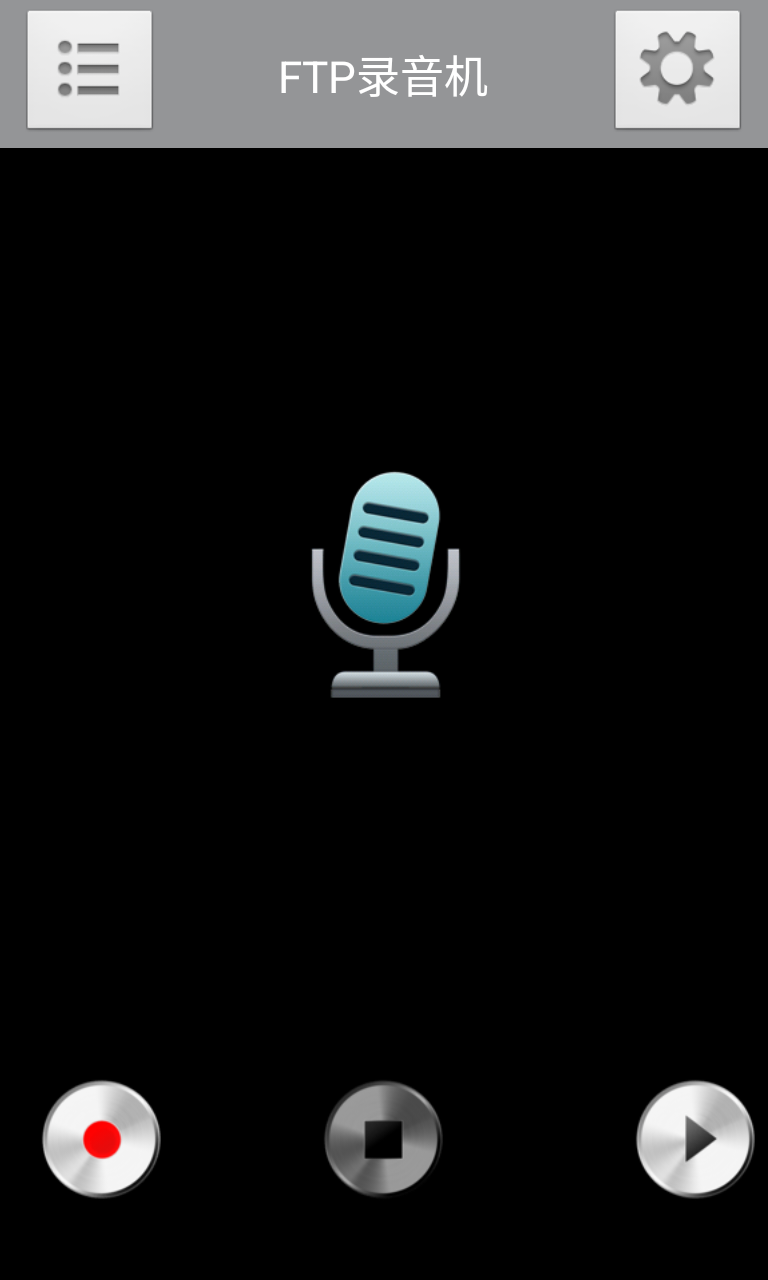
Repository: stone-jin/WAVRecoder
Layout: WAVRecoder2/res/layout/main.xml
The author's editor kept a copy of each file at every save. The layout is drawn from the files as they stood at one save, then again after the next save.
It is drawn on a 768 x 1280 px phone screen (xhdpi) without system bars, with theme Anim_style2; the app's code is not run.

Above is the layout before, as saved 2014-05-06 19:15:19.

### WAVRecoder2/res/layout/main.xml
<?xml version="1.0" encoding="utf-8"?>
<LinearLayout xmlns:android="http://schemas.android.com/apk/res/android"
    android:layout_width="match_parent"
    android:layout_height="match_parent"
    android:orientation="vertical" >

    <include layout="@layout/main_title"/>

    <RelativeLayout
        android:layout_width="fill_parent"
        android:layout_height="fill_parent"
        android:layout_weight="1"
        android:gravity="center"
        >

	    <ImageView
	        android:layout_width="wrap_content"
	        android:layout_height="wrap_content"
	        android:background="@drawable/icon"
	        />

    </RelativeLayout>

    <RelativeLayout
        android:layout_width="fill_parent"
        android:layout_height="120dp"
        android:layout_marginBottom="10dp"
        >

        <Button
            android:layout_width="wrap_content"
            android:layout_height="wrap_content"
            android:background="@drawable/btn_rekam_normal"
            android:layout_marginLeft="15dp"
            android:layout_alignParentLeft="true"
            android:layout_centerVertical="true"
            />

        <Button
            android:layout_width="wrap_content"
            android:layout_height="wrap_content"
            android:background="@drawable/btn_stop_disabled"
            android:layout_marginLeft="10dp"
            android:layout_centerInParent="true"
            />

        <Button
            android:layout_width="wrap_content"
            android:layout_height="wrap_content"
            android:background="@drawable/btn_play_normal"
            android:layout_marginLeft="15dp"
			android:layout_alignParentRight="true"
			android:layout_centerVertical="true"
            />

    </RelativeLayout>


</LinearLayout>

### WAVRecoder2/res/values/styles.xml
<resources>

    <!--
        Base application theme, dependent on API level. This theme is replaced
        by AppBaseTheme from res/values-vXX/styles.xml on newer devices.
    -->
    <style name="AppBaseTheme" parent="android:Theme.Light">
        <!--
            Theme customizations available in newer API levels can go in
            res/values-vXX/styles.xml, while customizations related to
            backward-compatibility can go here.
        -->
    </style>

    <!-- Application theme. -->
    <style name="AppTheme" parent="AppBaseTheme">
        <!-- All customizations that are NOT specific to a particular API-level can go here. -->
    </style>

    <!-- ####################以上内容全部来自搬运 ############################################ -->

    <style name="AnimFade" parent="@android:style/Animation.Activity">
    	<item name="android:activityOpenEnterAnimation">@anim/fade_in</item>
    	<item name="android:activityOpenExitAnimation">@anim/hold</item>
    	<item name="android:activityCloseEnterAnimation">@anim/fade_in</item>
    	<item name="android:activityCloseExitAnimation">@anim/fade_out</item>
	</style>
	<style name="AnimBottom" parent="@android:style/Animation">
    	<item name="android:windowEnterAnimation">@anim/push_bottom_in</item>
        <item name="android:windowExitAnimation">@anim/push_bottom_out</item>
	</style>
	<style name="AnimTop" parent="@android:style/Animation">
    	<item name="android:windowEnterAnimation">@anim/push_top_in</item>
        <item name="android:windowExitAnimation">@anim/push_top_out</item>
	</style>
	<style name="AnimTop2" parent="@android:style/Animation">
    	<item name="android:windowEnterAnimation">@anim/push_top_in2</item>
        <item name="android:windowExitAnimation">@anim/push_top_out2</item>
	</style>
	<style name="AnimHead" parent="@android:style/Animation">
    	<item name="android:windowEnterAnimation">@anim/head_in</item>
        <item name="android:windowExitAnimation">@anim/head_out</item>
	</style>

   	<style name="Anim_style" parent="android:Theme.NoTitleBar.Fullscreen">
        <item name="android:windowAnimationStyle">@style/AnimFade</item>
	</style>

	<style name="Anim_style2" parent="android:Theme.NoTitleBar">  <!-- 表示没有titlebar这个框 -->
        <item name="android:windowAnimationStyle">@style/AnimFade</item>     <!-- 定义其中打开或者保持或者关闭的时候的效果 -->
	</style>

	<style name="Anim_style_title" parent="android:Theme">
        <item name="android:windowAnimationStyle">@style/AnimFade</item>
        <item name="android:windowTitleSize">50dp</item>
        <item name="android:windowTitleBackgroundStyle">@style/CustomWindowTitleBackground</item>
	</style>

	<style name="CustomWindowTitleBackground">
       <item name="android:background">@drawable/title_bar</item>
	</style>

	<style name="MyDialogStyle">
        <item name="android:windowBackground">@android:color/transparent</item>
        <item name="android:windowFrame">@null</item>
        <item name="android:windowNoTitle">true</item>
        <item name="android:windowIsFloating">true</item>
        <item name="android:windowIsTranslucent">true</item>
        <item name="android:windowContentOverlay">@null</item>
        <item name="android:windowAnimationStyle">@android:style/Animation.Dialog</item>
        <item name="android:backgroundDimEnabled">true</item>
    </style>

    <style name="MyDialogStyleBottom" parent="android:Theme.Dialog" >
        <item name="android:windowAnimationStyle">@style/AnimBottom</item>
        <item name="android:windowFrame">@null</item><!--边框-->
        <item name="android:windowIsFloating">true</item><!--是否浮现在activity之上-->
        <item name="android:windowIsTranslucent">true</item><!--半透明-->
        <item name="android:windowNoTitle">true</item><!--无标题-->
        <item name="android:windowBackground">@android:color/transparent</item><!--背景透明-->
        <item name="android:backgroundDimEnabled">true</item><!--模糊-->
     </style>

     <style name="MyDialogStyleTop" parent="android:Theme.Dialog" >
        <item name="android:windowAnimationStyle">@style/AnimTop2</item>
        <item name="android:windowFrame">@null</item><!--边框-->
        <item name="android:windowIsFloating">true</item><!--是否浮现在activity之上-->
        <item name="android:windowIsTranslucent">true</item><!--半透明-->
        <item name="android:windowNoTitle">true</item><!--无标题-->
        <item name="android:windowBackground">@android:color/transparent</item><!--背景透明-->
        <item name="android:backgroundDimEnabled">false</item><!--模糊-->
     </style>

    <style name="HeadScale" parent="android:Theme.Dialog" >
        <item name="android:windowAnimationStyle">@style/AnimHead</item>
        <item name="android:windowFrame">@null</item><!--边框-->
        <item name="android:windowIsFloating">true</item><!--是否浮现在activity之上-->
        <item name="android:windowIsTranslucent">true</item><!--半透明-->
        <item name="android:windowNoTitle">true</item><!--无标题-->
        <item name="android:windowBackground">@android:color/black</item>
        <item name="android:backgroundDimEnabled">false</item><!--模糊-->
     </style>

    <style name="MyProgressBar" parent="android:Widget.ProgressBar">
        <item name="android:indeterminateDrawable">@drawable/loading</item>
	</style>

</resources>

### WAVRecoder2/res/layout/main_title.xml
<?xml version="1.0" encoding="utf-8"?>
<RelativeLayout xmlns:android="http://schemas.android.com/apk/res/android"
    android:layout_width="fill_parent"
    android:layout_height="wrap_content"
    android:background="#949597"
    android:paddingTop="4dp"
    android:paddingBottom="4dp"
    >

    <ImageButton
        android:layout_width="wrap_content"
        android:layout_height="wrap_content"
        android:src="@drawable/ic_menu_list"
        android:layout_alignParentLeft="true"
        android:layout_centerVertical="true"
        android:layout_marginLeft="10dp"
        />

    <TextView
        android:layout_width="wrap_content"
        android:layout_height="wrap_content"
        android:text="FTP录音机"
        android:textColor="#ffffff"
        android:textSize="22sp"
        android:layout_centerInParent="true"
        />

    <ImageButton
        android:layout_width="wrap_content"
        android:layout_height="wrap_content"
        android:src="@drawable/ic_menu_pengaturan"
        android:layout_alignParentRight="true"
        android:layout_centerVertical="true"
        android:layout_marginRight="10dp"
        />


</RelativeLayout>

After the next save:
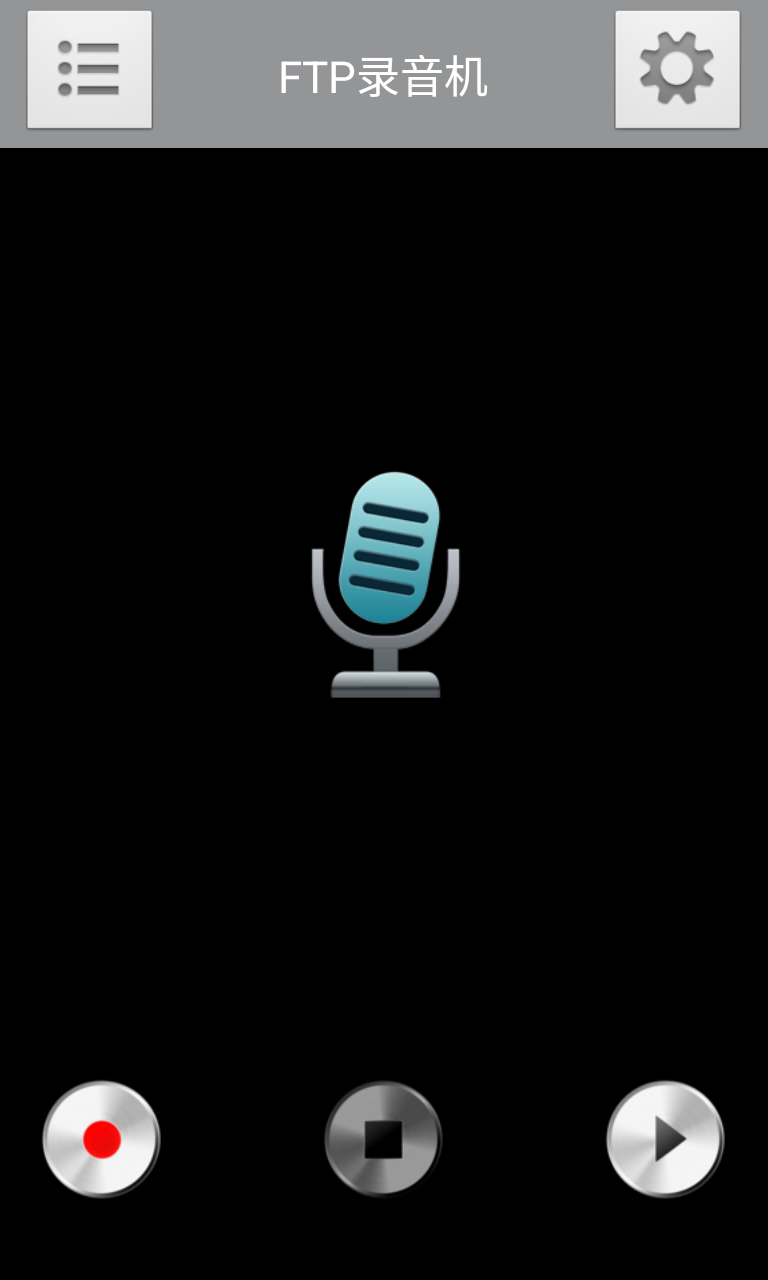
Saved 2 min 46 s later.
--- a/WAVRecoder2/res/layout/main.xml
+++ b/WAVRecoder2/res/layout/main.xml
@@ -48,7 +48,7 @@
             android:layout_width="wrap_content"
             android:layout_height="wrap_content"
             android:background="@drawable/btn_play_normal"
-            android:layout_marginLeft="15dp"
+            android:layout_marginRight="15dp"
 			android:layout_alignParentRight="true"
 			android:layout_centerVertical="true"
             />
